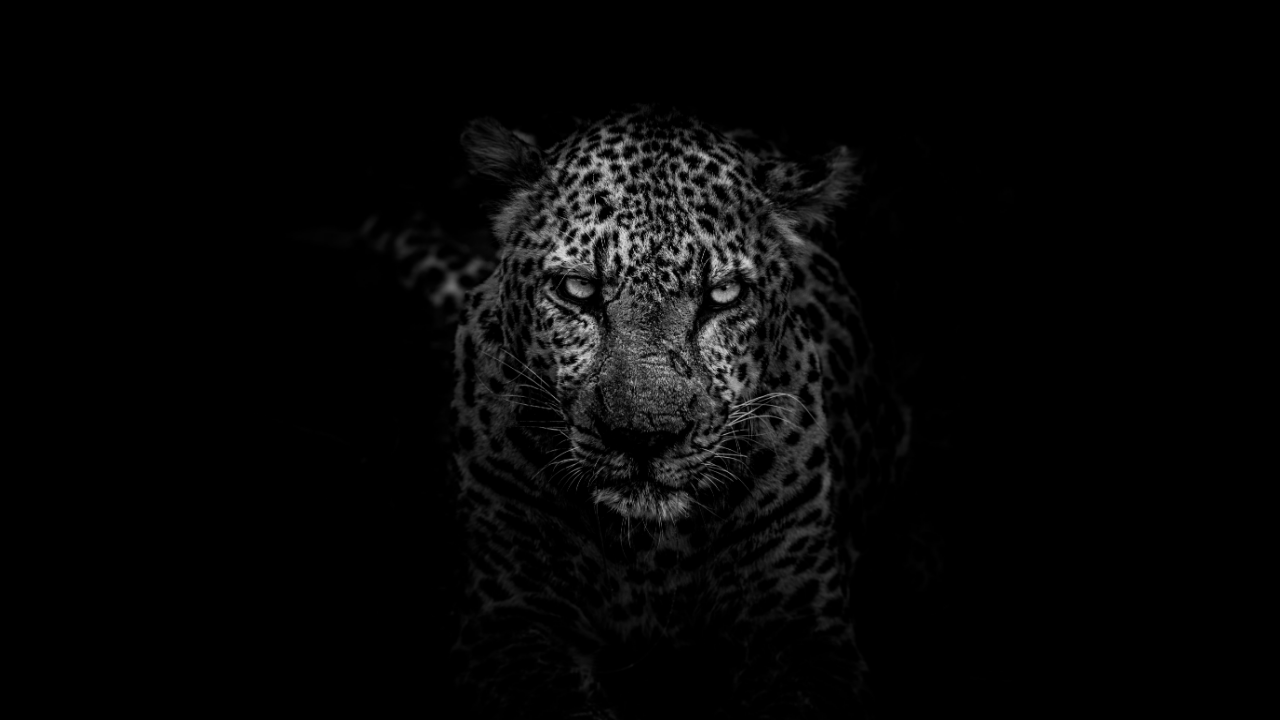
Repository: BrightonMboya/ggv-landingPage
Page: /
These files come from the project's save history. The page is drawn as it stood at one moment and after the next save; the edit follows.
The browser window is 1280 px wide. The pictures show the whole page.
An inner scrolling area shows only its first screen. The project was rebuilt for these pictures with package versions that can differ from the ones it lists, and the page was loaded fresh each time. The framework's server and built-in components were replaced by stand-ins that run in the browser. Also part of the build but not shown: next.config.js.

Above is the page before, as saved 2022-06-13 21:20:00.

After the next save:
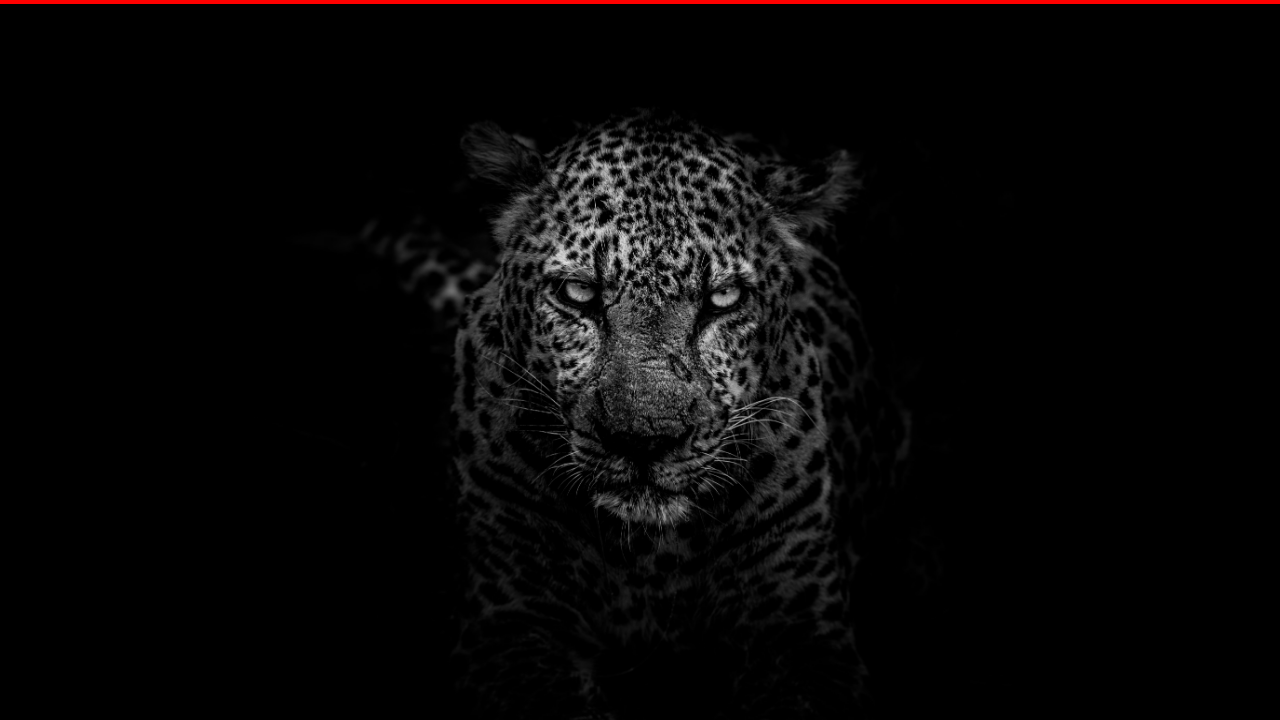
Saved 27 s later.
--- a/styles/Home.module.css
+++ b/styles/Home.module.css
@@ -38,6 +38,7 @@
 .bg {
   /* max-width: 100%; */
   position: relative;
+  border: 2px solid red;
   /* height: 100vh; */
 }
 
